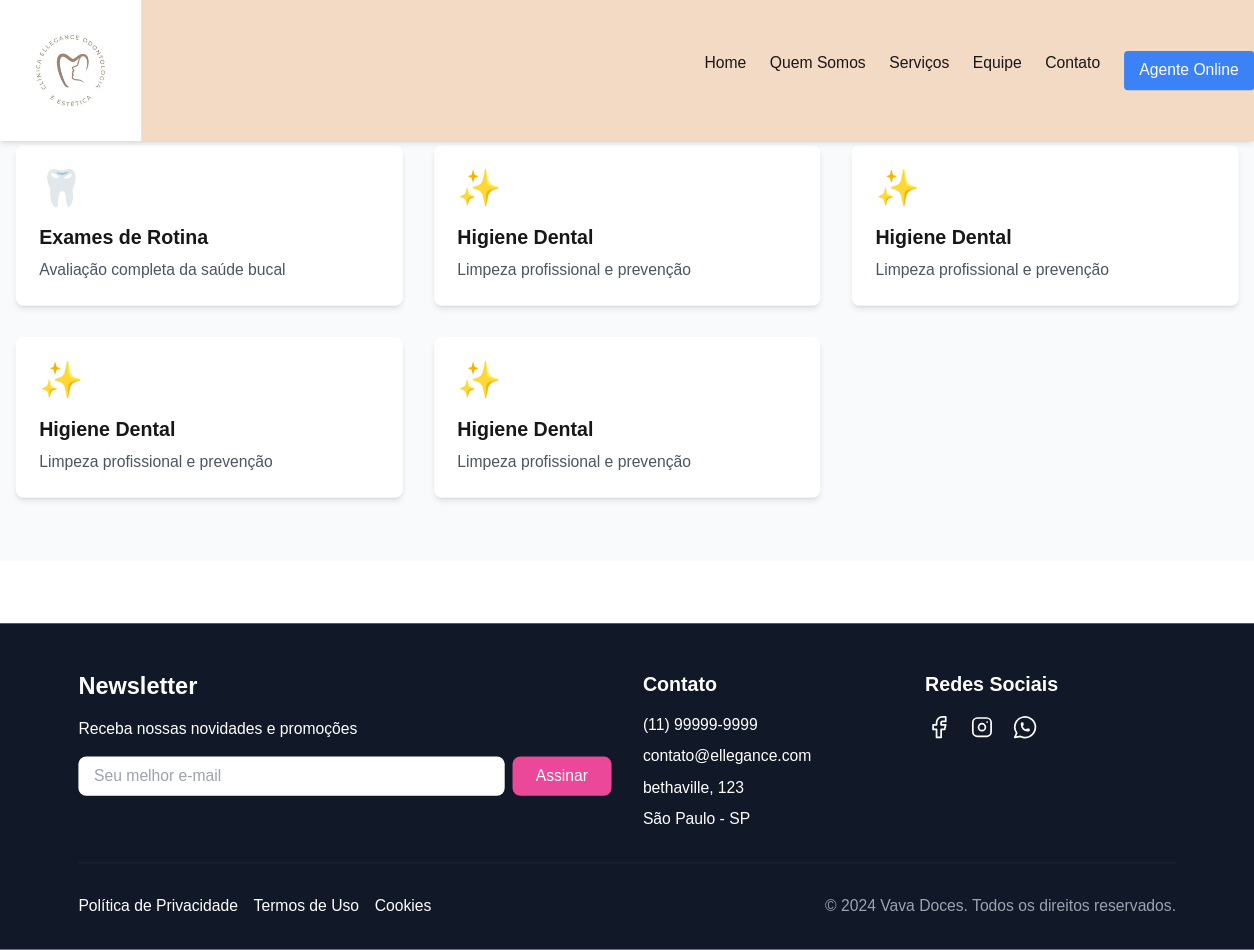
Repository: francisguitt/ellegance_odontologia
Page: /services_
An editor plug-in stored every save of this project. The page is shown before and after a run of saves, followed by the edit.
The browser window is 1280 px wide. The pictures show the whole page, at 98% of full size.
The project was rebuilt for these pictures with package versions that can differ from the ones it lists, and the page was loaded fresh each time. The framework's server and built-in components were replaced by stand-ins that run in the browser. Also part of the build but not shown: next.config.mjs.

Above is the page before, as saved 2025-02-22 11:38:56.

After the next 2 saves:
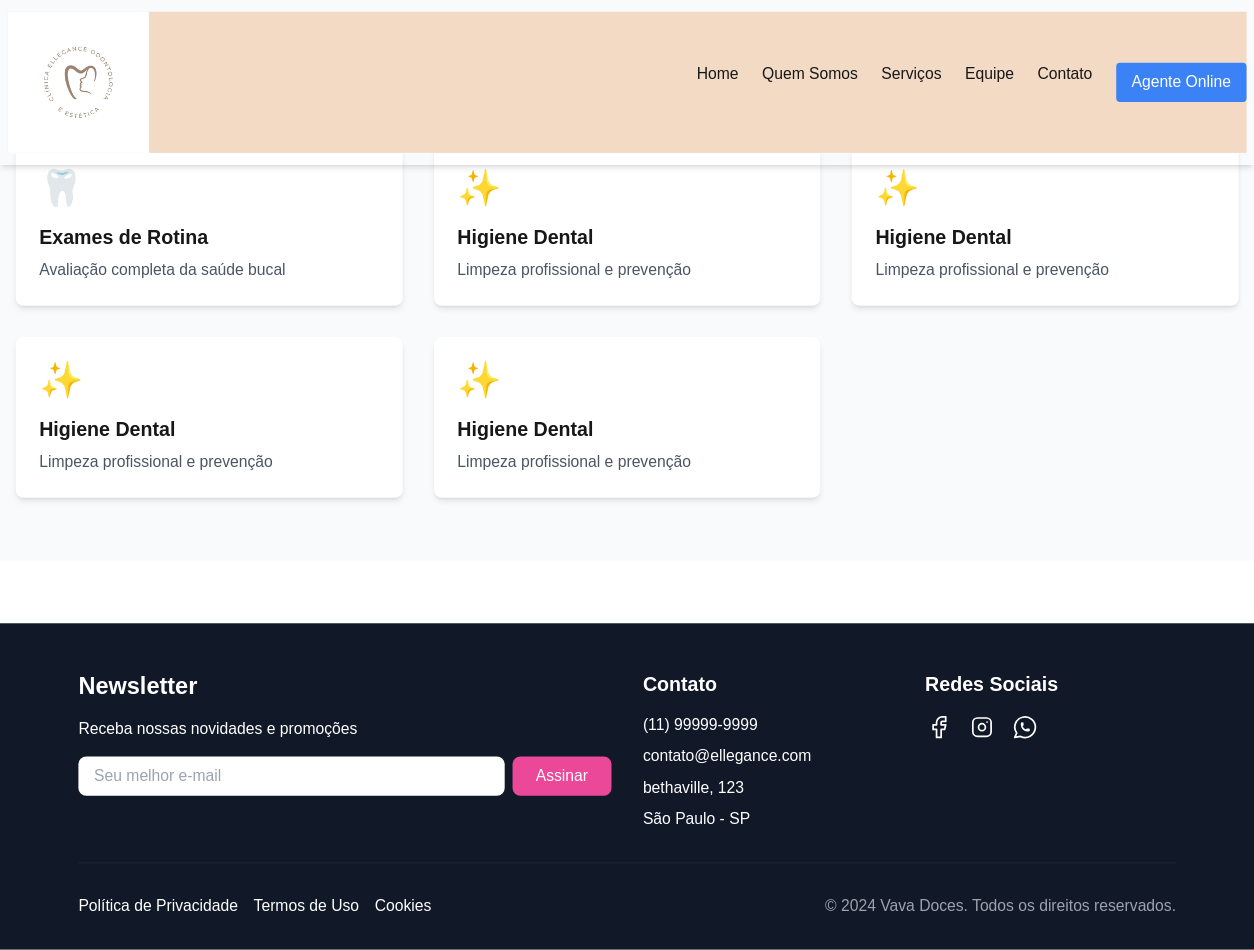
The 2 saves are shown as one change because they came seconds apart.
The last was saved 7 s later.
--- a/src/app/components/header.tsx
+++ b/src/app/components/header.tsx
@@ -23,7 +23,7 @@
   ];
 
   return (
-    <header className="fixed w-full p  shadow-md z-50">
+    <header className="fixed w-full px-2 py-3  shadow-md z-50">
       <div className="container mx-auto bg-[var(--primary-color)] flex justify-between items-center  text-center">
         <div className="bg-[var(--primary-color)] logo">
           <Image

After the 4 saves that followed:
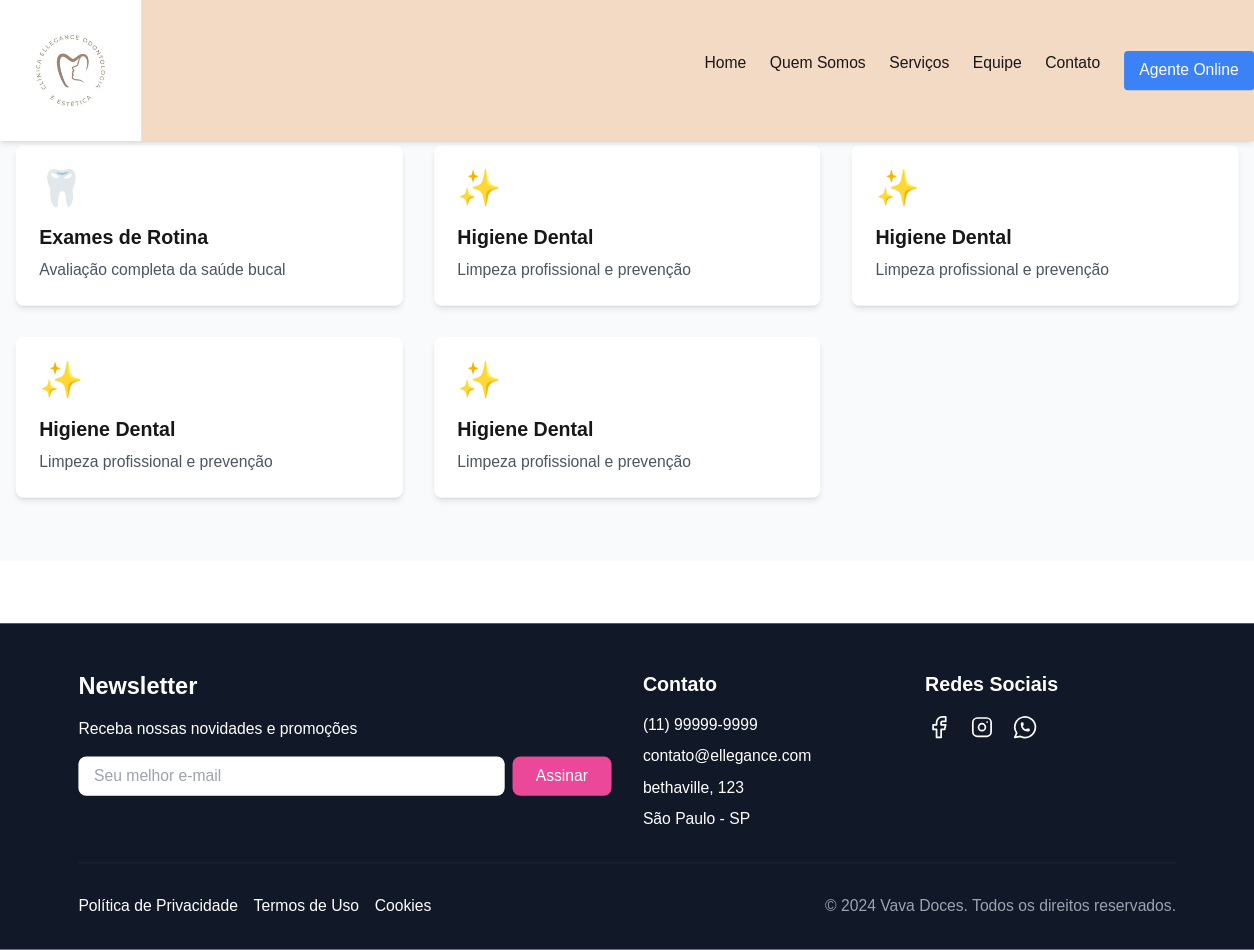
The 4 saves are shown as one change because they came seconds apart.
The last was saved 19 s later.
--- a/src/app/components/header.tsx
+++ b/src/app/components/header.tsx
@@ -23,8 +23,8 @@
   ];
 
   return (
-    <header className="fixed w-full px-2 py-3  shadow-md z-50">
-      <div className="container mx-auto bg-[var(--primary-color)] flex justify-between items-center  text-center">
+    <header className="fixed w-full shadow-md z-50">
+      <div className="container mx-auto bg-[var(--primary-color)]  flex justify-between items-center  text-center">
         <div className="bg-[var(--primary-color)] logo">
           <Image
             src={logo}
